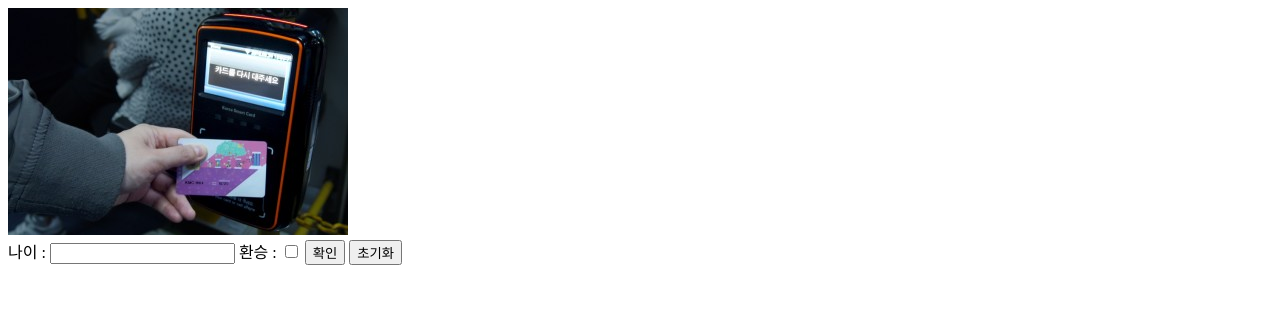
Repository: jjjjjjji-hun/jsp_practice
Page: http://localhost/JSPBasic/jspObject/repository/bus_form.jsp
These files come from the project's save history. The page is drawn as it stood at one moment and after the next save; the edit follows.
The browser window is 1280 px wide. The pictures show the whole page.
The page is served by Tomcat 9.

Above is the page before, as saved 2022-02-07 05:47:27.

### JSPBasic/src/main/webapp/jspObject/repository/bus_form.jsp
<%@ page language="java" contentType="text/html; charset=UTF-8"
    pageEncoding="UTF-8"%>
<!DOCTYPE html>
<html>
<head>
<meta charset="UTF-8">
<title>Insert title here</title>
</head>
<body>
	<img src="buscard.jpg"/>
	<form action="bus_check.jsp" method="get">
	나이 : <input type="number" name="age" />
	환승 : <input type="checkbox" name="transfer"/>
	<input type="submit" value="확인"/>
	<input type="reset" value="초기화"/>
	</form>
</body>
</html>

After the next save:
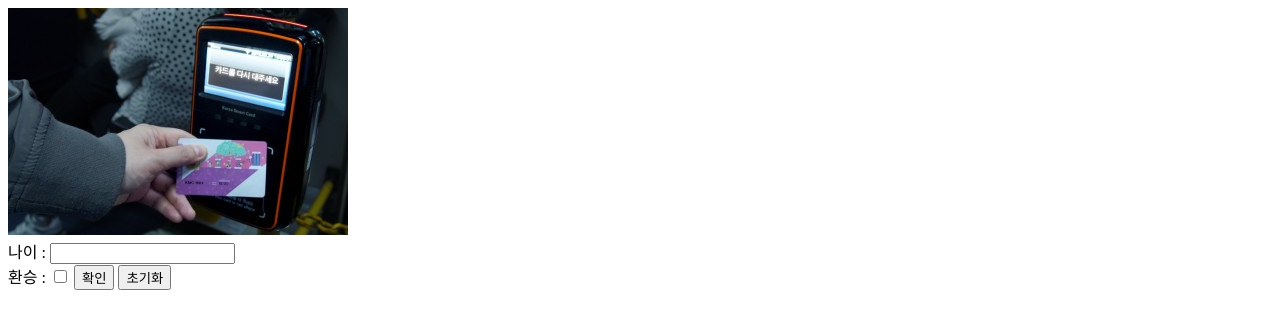
Saved 10 s later.
--- a/JSPBasic/src/main/webapp/jspObject/repository/bus_form.jsp
+++ b/JSPBasic/src/main/webapp/jspObject/repository/bus_form.jsp
@@ -9,7 +9,7 @@
 <body>
 	<img src="buscard.jpg"/>
 	<form action="bus_check.jsp" method="get">
-	나이 : <input type="number" name="age" />
+	나이 : <input type="number" name="age" /><br/>
 	환승 : <input type="checkbox" name="transfer"/>
 	<input type="submit" value="확인"/>
 	<input type="reset" value="초기화"/>
